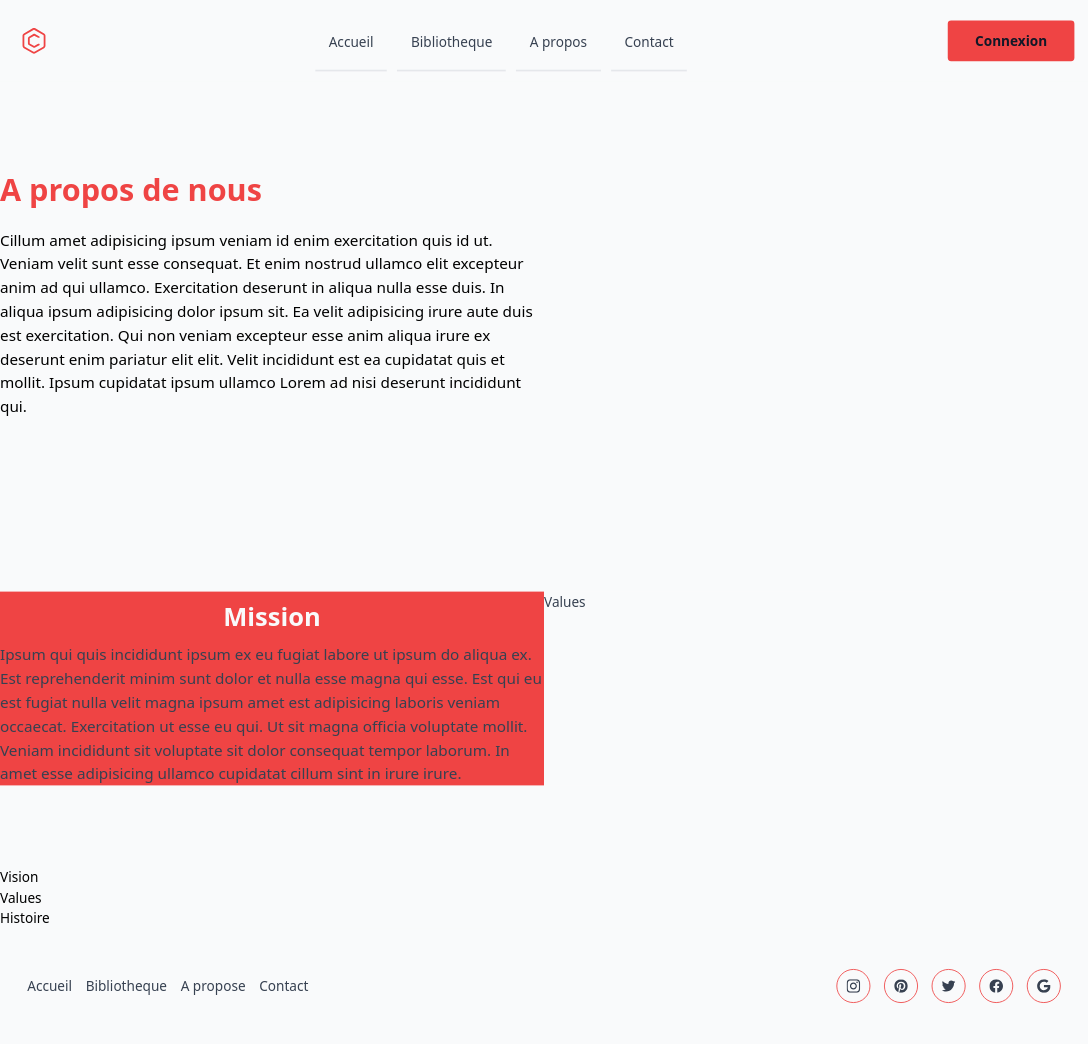
Repository: erulabs243/museum
Page: /about
The author's editor kept a copy of each file at every save. The page is drawn from the files as they stood at one save, then again after a run of saves.
The browser window is 1280 px wide. The pictures show the whole page, at 85% of full size.
The project was rebuilt for these pictures with package versions that can differ from the ones it lists, and the page was loaded fresh each time. Also part of the build but not shown: vite.config.js, src/pages/admin/Home.jsx, src/pages/commons/NotFound.jsx, src/components/atoms/TagBadge.jsx, src/components/atoms/MyAudioPlayer.jsx, src/components/atoms/MyVideoPlayer.jsx, src/components/atoms/MediaCard.jsx, src/components/sections/Testimonial.jsx and 16 more.

Above is the page before, as saved 2022-08-10 13:59:43.

### index.html
<!DOCTYPE html>
<html lang="en">
  <head>
    <meta charset="UTF-8" />
    <link rel="icon" type="image/svg+xml" href="/vite.svg" />
    <link rel="stylesheet" href="src/theme/App.css">
    <meta name="viewport" content="width=device-width, initial-scale=1.0" />
    <title>Museum...</title>
  </head>
  <body class="bg-gray-50">
    <div id="root"></div>
    <script type="module" src="/src/main.jsx"></script>
  </body>
</html>

### src/App.jsx
'use strict';

import {BrowserRouter, Route, Routes} from 'react-router-dom';
import { AdminRoutes, CommonsRoutes, UserRoutes, AuthRoutes } from './routes';

const App = () => {
  return (
      <BrowserRouter>
        <Routes>
          {AuthRoutes.map(route => <Route path={route.path} key={route.path} element={route.element} />)}
          {UserRoutes.map(route => <Route path={route.path} key={route.path} element={route.element} />)}
          {AdminRoutes.map(route => <Route path={route.path} key={route.path} element={route.element} />)}
          {CommonsRoutes.map(route => <Route path={route.path} key={route.path} element={route.element} />)}
        </Routes>
      </BrowserRouter>
  );
};

export default App

### src/routes/index.jsx
'use strict';

import AdminRoutes from "./AdminRoutes";
import CommonsRoutes from "./CommonsRoutes";
import UserRoutes from "./UserRoutes";
import AuthRoutes from "./AuthRoutes";

export {UserRoutes, AdminRoutes, CommonsRoutes, AuthRoutes};

### src/routes/AdminRoutes.jsx
'use strict';

import { Home } from "../pages/admin";

const AdminRoutes = [
    {
        path: '/admin',
        element: <Home />
    }
];

export default AdminRoutes;

### src/routes/CommonsRoutes.jsx
'use strict';

import {NotFound} from '../pages/commons';

const CommonsRoutes = [
    {
        path: '*',
        element: <NotFound />
    }
]

export default CommonsRoutes;

### src/routes/UserRoutes.jsx
'use strict';

import {
    About,
    Contact,
    Gallery,
    Home,
    Library,
    Podcast,
    Story,
    Testimonials,
    Videos
} from '../pages/user';

const UserRoutes = [
    {
        path: '/',
        element: <Home />
    },
    {
        path: '/contact',
        element: <Contact />
    },
    {
        path: '/library',
        element: <Library />
    },
    {
        path: '/stories',
        element: <Testimonials />
    },
    {
        path: '/stories/:slug',
        element: <Story />
    },
    {
        path: '/gallery',
        element: <Gallery />
    },
    {
        path: '/videos',
        element: <Videos />
    },
    {
        path: '/podcast',
        element: <Podcast />
    },
    {
        path: '/about',
        element: <About />
    }
];

export default UserRoutes;

### src/routes/AuthRoutes.jsx
'use strict';

import {Login} from '../pages/auth';

const AuthRoutes = [
    {
        path: '/login',
        element: <Login />
    }
];

export default AuthRoutes;

### src/pages/admin/index.jsx
'use strict';

import Home from './Home';

export {Home};

### src/pages/commons/index.jsx
'use strict';

import NotFound from './NotFound';

export {NotFound};

### src/pages/user/index.jsx
'use strict';

import Blog from './Blog';
import Contact from './Contact';
import Gallery from './Gallery';
import Library from './Library';
import Podcast from './Podcast';
import Testimonials from './Testimonials';
import Videos from './Videos';
import Home from './Home';
import Story from './Story';
import About from './About';

export { Home, Blog, Contact, Gallery, Library, Podcast, Testimonials, Videos, Story, About };

### src/pages/auth/index.jsx
'use strict';

import Login from "./Login";

export {Login};

### src/pages/user/About.jsx
'use strict';

import { Footer, Navbar } from '../../components/sections';

const About = () => {
    return (
        <main>
            <Navbar />

            {/* ABOUT */}
            <section className="py-24 bg-gray-50">
                <div className="flex flex-col w-2/3 mx-auto">
                    <h1 className="font-semibold text-4xl text-red-500 py-3">A propos de nous</h1>
                    <div className="grid grid-cols-2 py-3">
                        <p className="text-lg">
                            Cillum amet adipisicing ipsum veniam id enim exercitation quis id ut.
                            Veniam velit sunt esse consequat. Et enim nostrud ullamco elit excepteur
                            anim ad qui ullamco. Exercitation deserunt in aliqua nulla esse duis. In
                            aliqua ipsum adipisicing dolor ipsum sit. Ea velit adipisicing irure
                            aute duis est exercitation. Qui non veniam excepteur esse anim aliqua
                            irure ex deserunt enim pariatur elit elit. Velit incididunt est ea
                            cupidatat quis et mollit. Ipsum cupidatat ipsum ullamco Lorem ad nisi
                            deserunt incididunt qui.
                        </p>
                    </div>
                </div>
            </section>

            {/* MISSION */}
            <section className="py-24">
                <div className="grid grid-cols-2">
                    <div className="bg-red-500 text-gray-50 p-24">
                        <h1 className="text-3xl text-center py-3 font-semibold">Mission</h1>
                        <p className="text-lg w-2/3 text-gray-700 mx-auto">
                            Ipsum qui quis incididunt ipsum ex eu fugiat labore ut ipsum do aliqua
                            ex. Est reprehenderit minim sunt dolor et nulla esse magna qui esse. Est
                            qui eu est fugiat nulla velit magna ipsum amet est adipisicing laboris
                            veniam occaecat. Exercitation ut esse eu qui. Ut sit magna officia
                            voluptate mollit. Veniam incididunt sit voluptate sit dolor consequat
                            tempor laborum. In amet esse adipisicing ullamco cupidatat cillum sint
                            in irure irure.
                        </p>
                    </div>
                    <div className="bg-gray-50 text-gray-700">
                        <h1>Values</h1>
                    </div>
                </div>
            </section>

            {/* VISION */}
            <h1>Vision</h1>

            {/* VALUES */}
            <h1>Values</h1>

            {/* STORY */}
            <h1>Histoire</h1>
            <Footer />
        </main>
    );
};

export default About;

### src/components/sections/index.jsx
'use strict';

import Navbar from './Navbar';
import Footer from './Footer';
import Testimonial from './Testimonial';
import LibraryHeader from './LibraryHeader';
import Pagination from './Pagination';
import Article from './Article';
import Image from './Image';
import Modal from './Modal';

export { Navbar, Footer, Testimonial, LibraryHeader, Pagination, Article, Image, Modal };

### src/components/atoms/index.jsx
'use strict';

import NavLink from './headers/NavLink';
import Button from './headers/Button';
import TagBadge from './TagBadge';
import MyAudioPlayer from './MyAudioPlayer';
import MyVideoPlayer from './MyVideoPlayer';
import MediaCard from './MediaCard';

export { Button, NavLink, TagBadge, MyAudioPlayer, MyVideoPlayer, MediaCard };

### src/components/sections/Navbar.jsx
'use strict';

import { Button, NavLink } from '../atoms';

const setActiveMenu = (menu) => {
    const urlHref = window.location.href;
    let url = urlHref;
    url = url.substring(url.lastIndexOf('/') + 1);
    if (
        urlHref.includes('stories') ||
        urlHref.includes('videos') ||
        urlHref.includes('podcast') ||
        urlHref.includes('gallery')
    )
        url = 'library';

    return menu == 'home' && url == '' ? true : url.includes(menu);
};

const Navbar = () => {
    return (
        <header className="p-4 sticky top-0 bg-gray-50 text-gray-700">
            <div className="container flex justify-between h-16 mx-auto">
                <a
                    rel="noopener noreferrer"
                    href="#"
                    aria-label="Back to homepage"
                    className="flex items-center p-2">
                    <svg
                        xmlns="http://www.w3.org/2000/svg"
                        fill="currentColor"
                        viewBox="0 0 32 32"
                        className="w-8 h-8 text-red-500">
                        <path d="M27.912 7.289l-10.324-5.961c-0.455-0.268-1.002-0.425-1.588-0.425s-1.133 0.158-1.604 0.433l0.015-0.008-10.324 5.961c-0.955 0.561-1.586 1.582-1.588 2.75v11.922c0.002 1.168 0.635 2.189 1.574 2.742l0.016 0.008 10.322 5.961c0.455 0.267 1.004 0.425 1.59 0.425 0.584 0 1.131-0.158 1.602-0.433l-0.014 0.008 10.322-5.961c0.955-0.561 1.586-1.582 1.588-2.75v-11.922c-0.002-1.168-0.633-2.189-1.573-2.742zM27.383 21.961c0 0.389-0.211 0.73-0.526 0.914l-0.004 0.002-10.324 5.961c-0.152 0.088-0.334 0.142-0.53 0.142s-0.377-0.053-0.535-0.145l0.005 0.002-10.324-5.961c-0.319-0.186-0.529-0.527-0.529-0.916v-11.922c0-0.389 0.211-0.73 0.526-0.914l0.004-0.002 10.324-5.961c0.152-0.090 0.334-0.143 0.53-0.143s0.377 0.053 0.535 0.144l-0.006-0.002 10.324 5.961c0.319 0.185 0.529 0.527 0.529 0.916z"></path>
                        <path d="M22.094 19.451h-0.758c-0.188 0-0.363 0.049-0.515 0.135l0.006-0.004-4.574 2.512-5.282-3.049v-6.082l5.282-3.051 4.576 2.504c0.146 0.082 0.323 0.131 0.508 0.131h0.758c0.293 0 0.529-0.239 0.529-0.531v-0.716c0-0.2-0.11-0.373-0.271-0.463l-0.004-0.002-5.078-2.777c-0.293-0.164-0.645-0.26-1.015-0.26-0.39 0-0.756 0.106-1.070 0.289l0.010-0.006-5.281 3.049c-0.636 0.375-1.056 1.055-1.059 1.834v6.082c0 0.779 0.422 1.461 1.049 1.828l0.009 0.006 5.281 3.049c0.305 0.178 0.67 0.284 1.061 0.284 0.373 0 0.723-0.098 1.027-0.265l-0.012 0.006 5.080-2.787c0.166-0.091 0.276-0.265 0.276-0.465v-0.716c0-0.293-0.238-0.529-0.529-0.529z"></path>
                    </svg>
                </a>
                <ul className="items-stretch hidden space-x-3 lg:flex">
                    <li className="flex">
                        <NavLink
                            link={{ name: 'Accueil', path: '', active: setActiveMenu('home') }}
                        />
                    </li>
                    <li className="flex">
                        <NavLink
                            link={{
                                name: 'Bibliotheque',
                                path: 'stories',
                                active: setActiveMenu('library')
                            }}
                        />
                    </li>
                    <li className="flex">
                        <NavLink
                            link={{
                                name: 'A propos',
                                path: 'about',
                                active: setActiveMenu('about')
                            }}
                        />
                    </li>
                    <li className="flex">
                        <NavLink
                            link={{
                                name: 'Contact',
                                path: 'contact',
                                active: setActiveMenu('contact')
                            }}
                        />
                    </li>
                </ul>
                <div className="items-center flex-shrink-0 hidden lg:flex">
                    {/* <button className="self-center px-8 py-3 rounded">Sign in</button> */}
                    <Button link={{ name: 'Connexion' }} />
                </div>
                <button className="p-4 lg:hidden">
                    <svg
                        xmlns="http://www.w3.org/2000/svg"
                        fill="none"
                        viewBox="0 0 24 24"
                        stroke="currentColor"
                        className="w-6 h-6 text-gray-100">
                        <path
                            strokeLinecap="round"
                            strokeLinejoin="round"
                            strokeWidth="2"
                            d="M4 6h16M4 12h16M4 18h16"></path>
                    </svg>
                </button>
            </div>
        </header>
    );
};

export default Navbar;

### src/components/sections/Footer.jsx
'use strict';

import { Link } from 'react-router-dom';

const Footer = () => {
    return (
        <footer className="bg-gray-50 text-gray-700">
            <div className="container flex flex-col p-4 mx-auto md:p-8 lg:flex-row divide-gray-400">
                <ul className="self-center py-6 space-y-4 text-center sm:flex sm:space-y-0 sm:justify-around sm:space-x-4 lg:flex-1 lg:justify-start">
                    <li>
                        <Link to="/" className="hover:text-red-500">
                            Accueil
                        </Link>
                    </li>
                    <li>
                        <Link to="/library" className="hover:text-red-500">
                            Bibliotheque
                        </Link>
                    </li>
                    <li>
                        <Link to="/about" className="hover:text-red-500">
                            A propose
                        </Link>
                    </li>
                    <li>
                        <Link to="/contact" className="hover:text-red-500">
                            Contact
                        </Link>
                    </li>
                </ul>
                <div className="flex flex-col justify-center pt-6 lg:pt-0">
                    <div className="flex justify-center space-x-4">
                        <a
                            rel="noopener noreferrer"
                            href="#"
                            title="Instagram"
                            className="flex items-center justify-center w-8 h-8 rounded-full sm:w-10 sm:h-10 border-red-500 border hover:bg-red-500 hover:text-gray-100 text-gray-700">
                            <svg
                                xmlns="http://www.w3.org/2000/svg"
                                viewBox="0 0 32 32"
                                fill="currentColor"
                                className="w-4 h-4">
                                <path d="M16 0c-4.349 0-4.891 0.021-6.593 0.093-1.709 0.084-2.865 0.349-3.885 0.745-1.052 0.412-1.948 0.959-2.833 1.849-0.891 0.885-1.443 1.781-1.849 2.833-0.396 1.020-0.661 2.176-0.745 3.885-0.077 1.703-0.093 2.244-0.093 6.593s0.021 4.891 0.093 6.593c0.084 1.704 0.349 2.865 0.745 3.885 0.412 1.052 0.959 1.948 1.849 2.833 0.885 0.891 1.781 1.443 2.833 1.849 1.020 0.391 2.181 0.661 3.885 0.745 1.703 0.077 2.244 0.093 6.593 0.093s4.891-0.021 6.593-0.093c1.704-0.084 2.865-0.355 3.885-0.745 1.052-0.412 1.948-0.959 2.833-1.849 0.891-0.885 1.443-1.776 1.849-2.833 0.391-1.020 0.661-2.181 0.745-3.885 0.077-1.703 0.093-2.244 0.093-6.593s-0.021-4.891-0.093-6.593c-0.084-1.704-0.355-2.871-0.745-3.885-0.412-1.052-0.959-1.948-1.849-2.833-0.885-0.891-1.776-1.443-2.833-1.849-1.020-0.396-2.181-0.661-3.885-0.745-1.703-0.077-2.244-0.093-6.593-0.093zM16 2.88c4.271 0 4.781 0.021 6.469 0.093 1.557 0.073 2.405 0.333 2.968 0.553 0.751 0.291 1.276 0.635 1.844 1.197 0.557 0.557 0.901 1.088 1.192 1.839 0.22 0.563 0.48 1.411 0.553 2.968 0.072 1.688 0.093 2.199 0.093 6.469s-0.021 4.781-0.099 6.469c-0.084 1.557-0.344 2.405-0.563 2.968-0.303 0.751-0.641 1.276-1.199 1.844-0.563 0.557-1.099 0.901-1.844 1.192-0.556 0.22-1.416 0.48-2.979 0.553-1.697 0.072-2.197 0.093-6.479 0.093s-4.781-0.021-6.48-0.099c-1.557-0.084-2.416-0.344-2.979-0.563-0.76-0.303-1.281-0.641-1.839-1.199-0.563-0.563-0.921-1.099-1.197-1.844-0.224-0.556-0.48-1.416-0.563-2.979-0.057-1.677-0.084-2.197-0.084-6.459 0-4.26 0.027-4.781 0.084-6.479 0.083-1.563 0.339-2.421 0.563-2.979 0.276-0.761 0.635-1.281 1.197-1.844 0.557-0.557 1.079-0.917 1.839-1.199 0.563-0.219 1.401-0.479 2.964-0.557 1.697-0.061 2.197-0.083 6.473-0.083zM16 7.787c-4.541 0-8.213 3.677-8.213 8.213 0 4.541 3.677 8.213 8.213 8.213 4.541 0 8.213-3.677 8.213-8.213 0-4.541-3.677-8.213-8.213-8.213zM16 21.333c-2.948 0-5.333-2.385-5.333-5.333s2.385-5.333 5.333-5.333c2.948 0 5.333 2.385 5.333 5.333s-2.385 5.333-5.333 5.333zM26.464 7.459c0 1.063-0.865 1.921-1.923 1.921-1.063 0-1.921-0.859-1.921-1.921 0-1.057 0.864-1.917 1.921-1.917s1.923 0.86 1.923 1.917z"></path>
                            </svg>
                        </a>
                        <a
                            rel="noopener noreferrer"
                            href="#"
                            title="Pinterest"
                            className="flex items-center justify-center w-8 h-8 rounded-full sm:w-10 sm:h-10 border-red-500 border hover:bg-red-500 hover:text-gray-100 text-gray-700">
                            <svg
                                xmlns="http://www.w3.org/2000/svg"
                                fill="currentColor"
                                viewBox="0 0 32 32"
                                className="w-4 h-4">
                                <path d="M16.021 0c-8.828 0-15.984 7.156-15.984 15.984 0 6.771 4.214 12.552 10.161 14.88-0.141-1.266-0.266-3.203 0.052-4.583 0.292-1.25 1.875-7.943 1.875-7.943s-0.479-0.964-0.479-2.375c0-2.219 1.292-3.88 2.891-3.88 1.365 0 2.026 1.021 2.026 2.25 0 1.37-0.87 3.422-1.323 5.323-0.38 1.589 0.797 2.885 2.365 2.885 2.839 0 5.026-2.995 5.026-7.318 0-3.813-2.75-6.49-6.677-6.49-4.547 0-7.214 3.417-7.214 6.932 0 1.375 0.526 2.854 1.188 3.651 0.13 0.161 0.146 0.302 0.109 0.464-0.12 0.5-0.391 1.599-0.443 1.818-0.073 0.297-0.229 0.359-0.536 0.219-1.99-0.922-3.245-3.839-3.245-6.193 0-5.036 3.667-9.672 10.563-9.672 5.542 0 9.854 3.958 9.854 9.229 0 5.516-3.474 9.953-8.307 9.953-1.62 0-3.141-0.839-3.677-1.839l-1 3.797c-0.359 1.391-1.339 3.135-2 4.193 1.5 0.458 3.078 0.714 4.734 0.714 8.813 0 15.979-7.151 15.979-15.984 0-8.828-7.167-15.979-15.979-15.979z"></path>
                            </svg>
                        </a>
                        <a
                            rel="noopener noreferrer"
                            href="#"
                            title="Twitter"
                            className="flex items-center justify-center w-8 h-8 rounded-full sm:w-10 sm:h-10 border-red-500 border hover:bg-red-500 hover:text-gray-100 text-gray-700">
                            <svg
                                xmlns="http://www.w3.org/2000/svg"
                                fill="currentColor"
                                viewBox="0 0 32 32"
                                className="w-4 h-4">
                                <path d="M31.937 6.093c-1.177 0.516-2.437 0.871-3.765 1.032 1.355-0.813 2.391-2.099 2.885-3.631-1.271 0.74-2.677 1.276-4.172 1.579-1.192-1.276-2.896-2.079-4.787-2.079-3.625 0-6.563 2.937-6.563 6.557 0 0.521 0.063 1.021 0.172 1.495-5.453-0.255-10.287-2.875-13.52-6.833-0.568 0.964-0.891 2.084-0.891 3.303 0 2.281 1.161 4.281 2.916 5.457-1.073-0.031-2.083-0.328-2.968-0.817v0.079c0 3.181 2.26 5.833 5.26 6.437-0.547 0.145-1.131 0.229-1.724 0.229-0.421 0-0.823-0.041-1.224-0.115 0.844 2.604 3.26 4.5 6.14 4.557-2.239 1.755-5.077 2.801-8.135 2.801-0.521 0-1.041-0.025-1.563-0.088 2.917 1.86 6.36 2.948 10.079 2.948 12.067 0 18.661-9.995 18.661-18.651 0-0.276 0-0.557-0.021-0.839 1.287-0.917 2.401-2.079 3.281-3.396z"></path>
                            </svg>
                        </a>
                        <a
                            rel="noopener noreferrer"
                            href="#"
                            title="Facebook"
                            className="flex items-center justify-center w-8 h-8 rounded-full sm:w-10 sm:h-10 border-red-500 border hover:bg-red-500 hover:text-gray-100 text-gray-700">
                            <svg
                                xmlns="http://www.w3.org/2000/svg"
                                fill="currentColor"
                                viewBox="0 0 32 32"
                                className="w-4 h-4">
                                <path d="M32 16c0-8.839-7.167-16-16-16-8.839 0-16 7.161-16 16 0 7.984 5.849 14.604 13.5 15.803v-11.177h-4.063v-4.625h4.063v-3.527c0-4.009 2.385-6.223 6.041-6.223 1.751 0 3.584 0.312 3.584 0.312v3.937h-2.021c-1.984 0-2.604 1.235-2.604 2.5v3h4.437l-0.713 4.625h-3.724v11.177c7.645-1.199 13.5-7.819 13.5-15.803z"></path>
                            </svg>
                        </a>
                        <a
                            rel="noopener noreferrer"
                            href="#"
                            title="Gmail"
                            className="flex items-center justify-center w-8 h-8 rounded-full sm:w-10 sm:h-10 border-red-500 border hover:bg-red-500 hover:text-gray-100 text-gray-700">
                            <svg
                                xmlns="http://www.w3.org/2000/svg"
                                fill="currentColor"
                                viewBox="0 0 32 32"
                                className="w-4 h-4">
                                <path d="M16.318 13.714v5.484h9.078c-0.37 2.354-2.745 6.901-9.078 6.901-5.458 0-9.917-4.521-9.917-10.099s4.458-10.099 9.917-10.099c3.109 0 5.193 1.318 6.38 2.464l4.339-4.182c-2.786-2.599-6.396-4.182-10.719-4.182-8.844 0-16 7.151-16 16s7.156 16 16 16c9.234 0 15.365-6.49 15.365-15.635 0-1.052-0.115-1.854-0.255-2.651z"></path>
                            </svg>
                        </a>
                    </div>
                </div>
            </div>
        </footer>
    );
};

export default Footer;

### src/components/atoms/headers/NavLink.jsx
'use strict';

import { Link } from 'react-router-dom';

const NavLink = ({ link = {} }) => {
  return (
    <Link
      rel="noopener noreferrer"
      to={`/${link.path}`}
      className={
        link.active
          ? 'flex items-center px-4 -mb-1 border-b-2 dark:border-transparent dark:text-red-500 dark:border-red-500'
          : 'flex items-center px-4 -mb-1 border-b-2 dark:border-transparent'
      }>
      {link.name}
    </Link>
  );
};

export default NavLink;

### src/components/atoms/headers/Button.jsx
'use strict';

const Button = ({ link = {} }) => {
  return (
    <button className="self-center px-8 py-3 font-semibold rounded bg-red-500 text-gray-900">
      {link.name}
    </button>
  );
};

export default Button;

Loaded but not shown: src/main.jsx (common file); src/theme/App.css (2450 lines, source omitted)

After the next 2 saves:
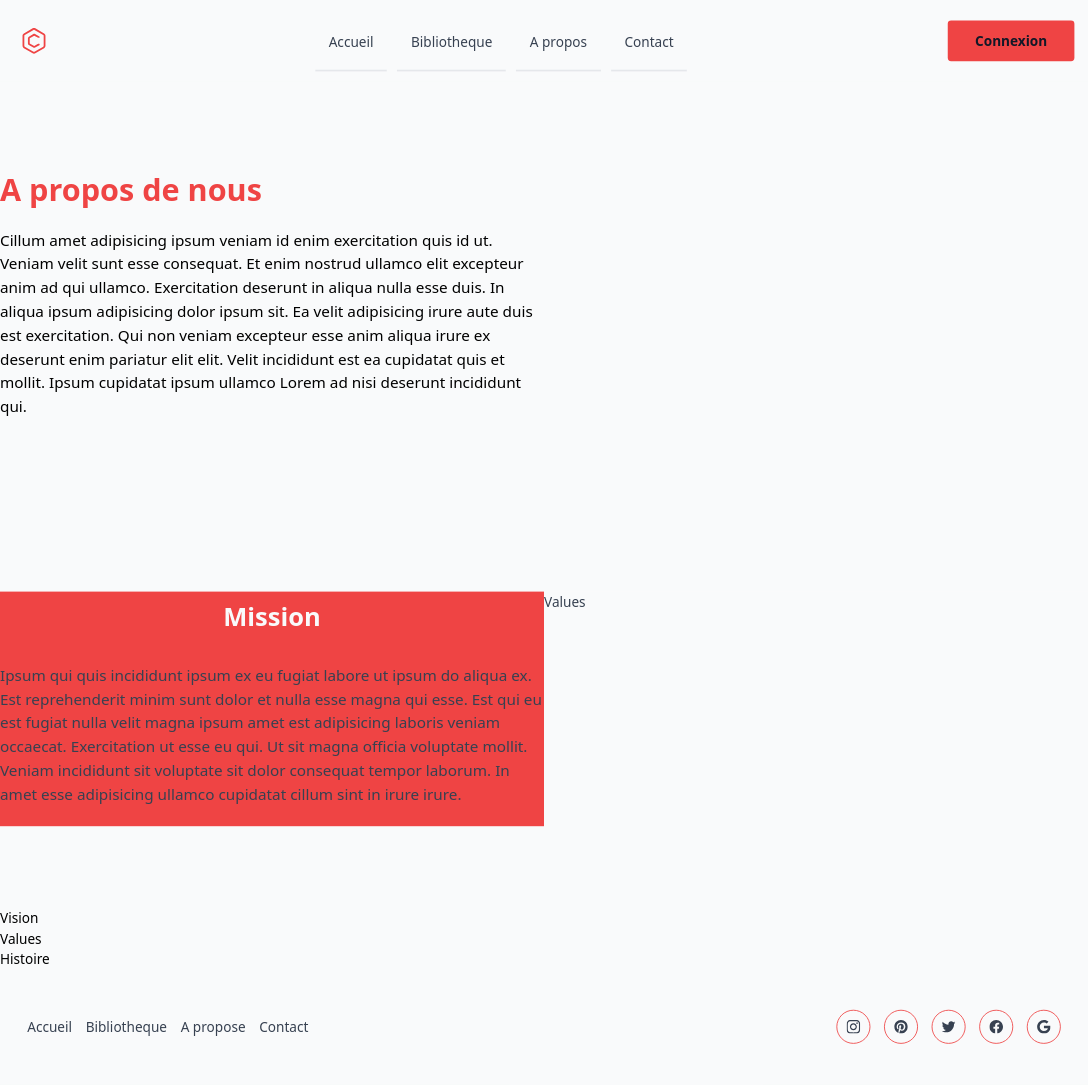
The 2 saves are shown as one change because they came seconds apart.
The last was saved 10 s later.
--- a/src/pages/user/About.jsx
+++ b/src/pages/user/About.jsx
@@ -31,7 +31,7 @@ const About = () => {
                 <div className="grid grid-cols-2">
                     <div className="bg-red-500 text-gray-50 p-24">
                         <h1 className="text-3xl text-center py-3 font-semibold">Mission</h1>
-                        <p className="text-lg w-2/3 text-gray-700 mx-auto">
+                        <p className="text-lg w-2/3 text-gray-700 mx-auto py-6">
                             Ipsum qui quis incididunt ipsum ex eu fugiat labore ut ipsum do aliqua
                             ex. Est reprehenderit minim sunt dolor et nulla esse magna qui esse. Est
                             qui eu est fugiat nulla velit magna ipsum amet est adipisicing laboris
